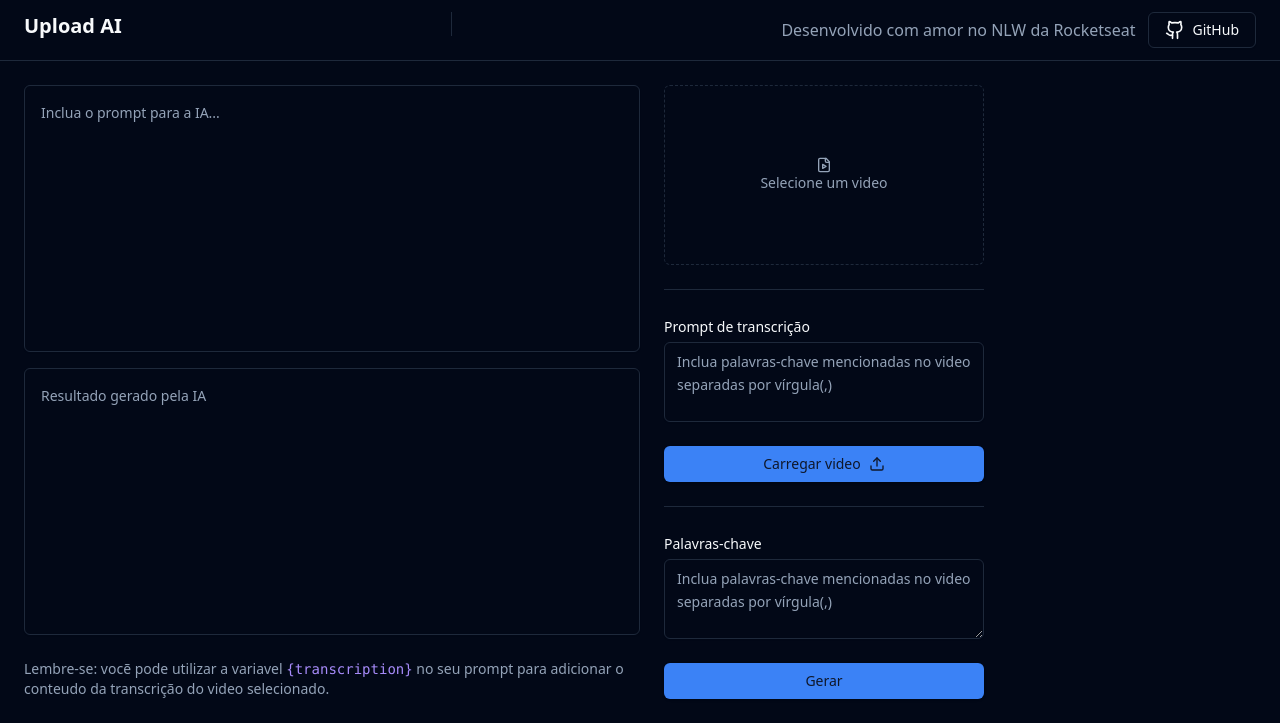
Repository: brksaian/nlw-2023-IA
Page: /
These files come from the project's save history. The page is drawn as it stood at one moment and after the next save; the edit follows.
The browser window is 1280 px wide. The pictures show the whole page.
The project was rebuilt for these pictures with package versions that can differ from the ones it lists, and the page was loaded fresh each time. Also part of the build but not shown: vite.config.ts.

Above is the page before, as saved 2023-09-12 22:39:36.

### index.html
<!DOCTYPE html>
<html lang="en">
  <head>
    <meta charset="UTF-8" />
    <meta name="viewport" content="width=device-width, initial-scale=1.0" />
    <title>Upload AI</title>
  </head>
  <body>
    <div id="root"></div>
    <script type="module" src="/src/main.tsx"></script>
  </body>
</html>

### src/App.tsx
import { Button } from "./components/ui/button";
import { Github, FileVideo, Upload } from "lucide-react";
import { Separator } from "./components/ui/separator";
import { Textarea } from "./components/ui/textarea";
import { Label } from "./components/ui/label";

export function App() {
  return (
    <div className="min-h-screen flex flex-col">
      <div className="px-6 py-3 flex item-center justify-between border-b">
        <h1 className="text-xl font-bold">Upload AI</h1>

        <Separator orientation="vertical" className="h-6" />

        <div className="flex items-center gap-3">
          <span className="text-small text-muted-foreground">
            Desenvolvido com amor no NLW da Rocketseat
          </span>
          <Button variant="outline">
            <Github className="w-5 h-5 mr-2" />
            GitHub
          </Button>
        </div>
      </div>
      <main className="flex-1 p-6 flex gap-6">
        <div className="flex flex-col gap-6 w-1/2">
          <div className="grid grid-rows-2 gap-4 flex-1">
            <Textarea
              placeholder="Inclua o prompt para a IA..."
              className="resize-none p-4 leading-relaxed"
            />
            <Textarea
              placeholder="Resultado gerado pela IA"
              className="resize-none p-4 leading-relaxed"
              readOnly
            />
          </div>
          <p className="text-sm text-muted-foreground">
            Lembre-se: vocẽ pode utilizar a variavel{" "}
            <code className="text-violet-400">{"{transcription}"}</code> no seu
            prompt para adicionar o conteudo da transcrição do video
            selecionado.
          </p>
        </div>
        <aside className="w-80 space-y-6">
          <form className="space-y-6">
            <label
              htmlFor="video"
              className="border flex rounded-md aspect-video cursor-pointer border-dashed text-sm flex-col items-center justify-center text-muted-foreground hover:bg-primary/5"
            >
              <FileVideo className="w-4 h-4" />
              Selecione um video
            </label>
            <input
              type="file"
              name="video"
              id="video"
              className="sr-only"
              accept="video/mp4"
            />

            <Separator />

            <div className="space-y-1">
              <Label htmlFor="transcription-prompt">
                Prompt de transcrição
              </Label>
              <Textarea
                id="transcription-prompt"
                placeholder="Inclua palavras-chave mencionadas no video separadas por vírgula(,)"
                className="h-20 leading-relaxed resize-none"
              />
            </div>

            <Button className="w-full">
              Carregar video
              <Upload className="w-4 h-4 ml-2" />
            </Button>
          </form>

          <Separator />

          <form className="space-y-6">
            <div className="space-y-1">
              <Label htmlFor="keywords">Palavras-chave</Label>
              <Textarea
                id="keywords"
                placeholder="Inclua palavras-chave mencionadas no video separadas por vírgula(,)"
                className="min-h-20 leading-relaxed"
              />
            </div>

            <Button className="w-full">Gerar</Button>
          </form>
        </aside>
      </main>
    </div>
  );
}

### src/index.css
@tailwind base;
@tailwind components;
@tailwind utilities;

@layer base {
  :root {
    --background: 222.2 84% 4.9%;
    --foreground: 210 40% 98%;
    --card: 222.2 84% 4.9%;
    --card-foreground: 210 40% 98%;
    --popover: 222.2 84% 4.9%;
    --popover-foreground: 210 40% 98%;
    --primary: 217.2 91.2% 59.8%;
    --primary-foreground: 222.2 47.4% 11.2%;
    --secondary: 217.2 32.6% 17.5%;
    --secondary-foreground: 210 40% 98%;
    --muted: 217.2 32.6% 17.5%;
    --muted-foreground: 215 20.2% 65.1%;
    --accent: 217.2 32.6% 17.5%;
    --accent-foreground: 210 40% 98%;
    --destructive: 0 62.8% 30.6%;
    --destructive-foreground: 210 40% 98%;
    --border: 217.2 32.6% 17.5%;
    --input: 217.2 32.6% 17.5%;
    --ring: 224.3 76.3% 48%;

    --radius: 0.5rem;
  }
}

@layer base {
  * {
    @apply border-border;
  }
  body {
    @apply bg-background text-foreground;
  }
}

### src/components/ui/button.tsx
import * as React from "react"
import { Slot } from "@radix-ui/react-slot"
import { cva, type VariantProps } from "class-variance-authority"

import { cn } from "@/lib/utils"

const buttonVariants = cva(
  "inline-flex items-center justify-center rounded-md text-sm font-medium transition-colors focus-visible:outline-none focus-visible:ring-1 focus-visible:ring-ring disabled:pointer-events-none disabled:opacity-50",
  {
    variants: {
      variant: {
        default:
          "bg-primary text-primary-foreground shadow hover:bg-primary/90",
        destructive:
          "bg-destructive text-destructive-foreground shadow-sm hover:bg-destructive/90",
        outline:
          "border border-input bg-transparent shadow-sm hover:bg-accent hover:text-accent-foreground",
        secondary:
          "bg-secondary text-secondary-foreground shadow-sm hover:bg-secondary/80",
        ghost: "hover:bg-accent hover:text-accent-foreground",
        link: "text-primary underline-offset-4 hover:underline",
      },
      size: {
        default: "h-9 px-4 py-2",
        sm: "h-8 rounded-md px-3 text-xs",
        lg: "h-10 rounded-md px-8",
        icon: "h-9 w-9",
      },
    },
    defaultVariants: {
      variant: "default",
      size: "default",
    },
  }
)

export interface ButtonProps
  extends React.ButtonHTMLAttributes<HTMLButtonElement>,
    VariantProps<typeof buttonVariants> {
  asChild?: boolean
}

const Button = React.forwardRef<HTMLButtonElement, ButtonProps>(
  ({ className, variant, size, asChild = false, ...props }, ref) => {
    const Comp = asChild ? Slot : "button"
    return (
      <Comp
        className={cn(buttonVariants({ variant, size, className }))}
        ref={ref}
        {...props}
      />
    )
  }
)
Button.displayName = "Button"

export { Button, buttonVariants }

### src/components/ui/separator.tsx
import * as React from "react"
import * as SeparatorPrimitive from "@radix-ui/react-separator"

import { cn } from "@/lib/utils"

const Separator = React.forwardRef<
  React.ElementRef<typeof SeparatorPrimitive.Root>,
  React.ComponentPropsWithoutRef<typeof SeparatorPrimitive.Root>
>(
  (
    { className, orientation = "horizontal", decorative = true, ...props },
    ref
  ) => (
    <SeparatorPrimitive.Root
      ref={ref}
      decorative={decorative}
      orientation={orientation}
      className={cn(
        "shrink-0 bg-border",
        orientation === "horizontal" ? "h-[1px] w-full" : "h-full w-[1px]",
        className
      )}
      {...props}
    />
  )
)
Separator.displayName = SeparatorPrimitive.Root.displayName

export { Separator }

### src/components/ui/textarea.tsx
import * as React from "react"

import { cn } from "@/lib/utils"

export interface TextareaProps
  extends React.TextareaHTMLAttributes<HTMLTextAreaElement> {}

const Textarea = React.forwardRef<HTMLTextAreaElement, TextareaProps>(
  ({ className, ...props }, ref) => {
    return (
      <textarea
        className={cn(
          "flex min-h-[60px] w-full rounded-md border border-input bg-transparent px-3 py-2 text-sm shadow-sm placeholder:text-muted-foreground focus-visible:outline-none focus-visible:ring-1 focus-visible:ring-ring disabled:cursor-not-allowed disabled:opacity-50",
          className
        )}
        ref={ref}
        {...props}
      />
    )
  }
)
Textarea.displayName = "Textarea"

export { Textarea }

### src/components/ui/label.tsx
import * as React from "react"
import * as LabelPrimitive from "@radix-ui/react-label"
import { cva, type VariantProps } from "class-variance-authority"

import { cn } from "@/lib/utils"

const labelVariants = cva(
  "text-sm font-medium leading-none peer-disabled:cursor-not-allowed peer-disabled:opacity-70"
)

const Label = React.forwardRef<
  React.ElementRef<typeof LabelPrimitive.Root>,
  React.ComponentPropsWithoutRef<typeof LabelPrimitive.Root> &
    VariantProps<typeof labelVariants>
>(({ className, ...props }, ref) => (
  <LabelPrimitive.Root
    ref={ref}
    className={cn(labelVariants(), className)}
    {...props}
  />
))
Label.displayName = LabelPrimitive.Root.displayName

export { Label }

Loaded but not shown: src/main.tsx (common file); src/lib/utils.ts (common file); tailwind.config.js (common file)

After the next save:
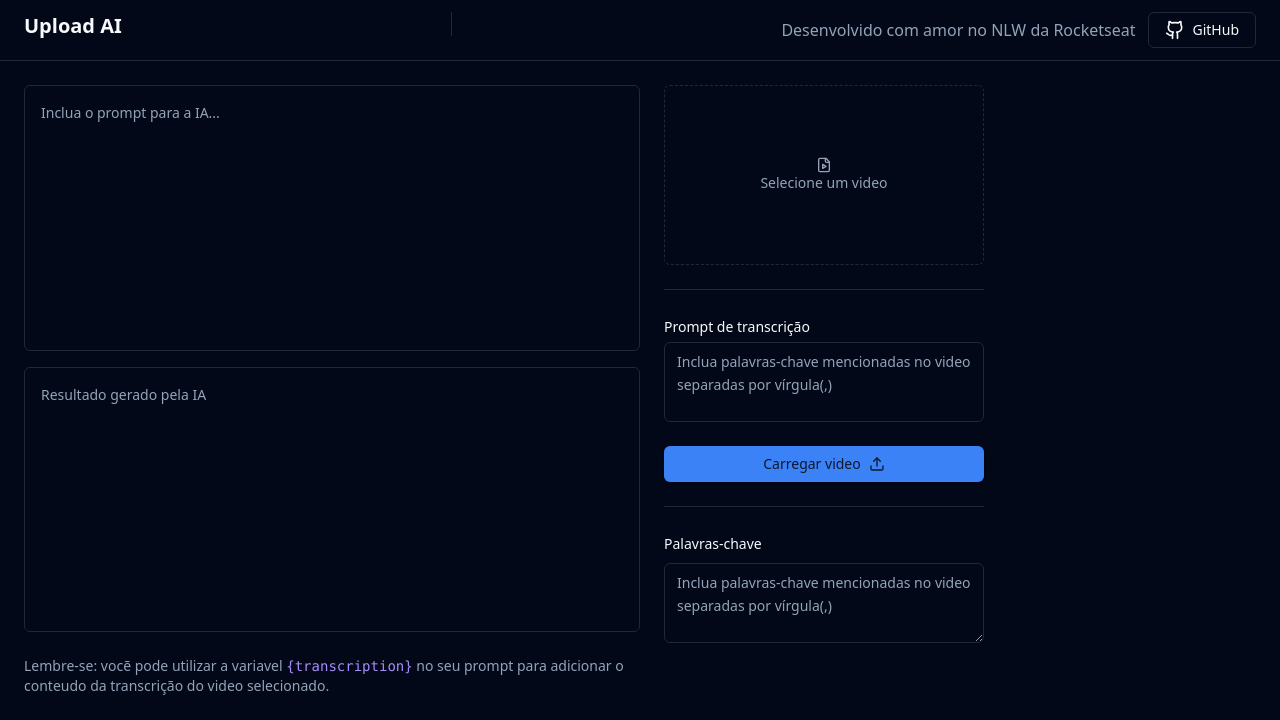
Saved 46 s later.
--- a/src/App.tsx
+++ b/src/App.tsx
@@ -81,7 +81,7 @@ export function App() {
           <Separator />
 
           <form className="space-y-6">
-            <div className="space-y-1">
+            <div className="space-y-2">
               <Label htmlFor="keywords">Palavras-chave</Label>
               <Textarea
                 id="keywords"
@@ -89,8 +89,6 @@ export function App() {
                 className="min-h-20 leading-relaxed"
               />
             </div>
-
-            <Button className="w-full">Gerar</Button>
           </form>
         </aside>
       </main>
